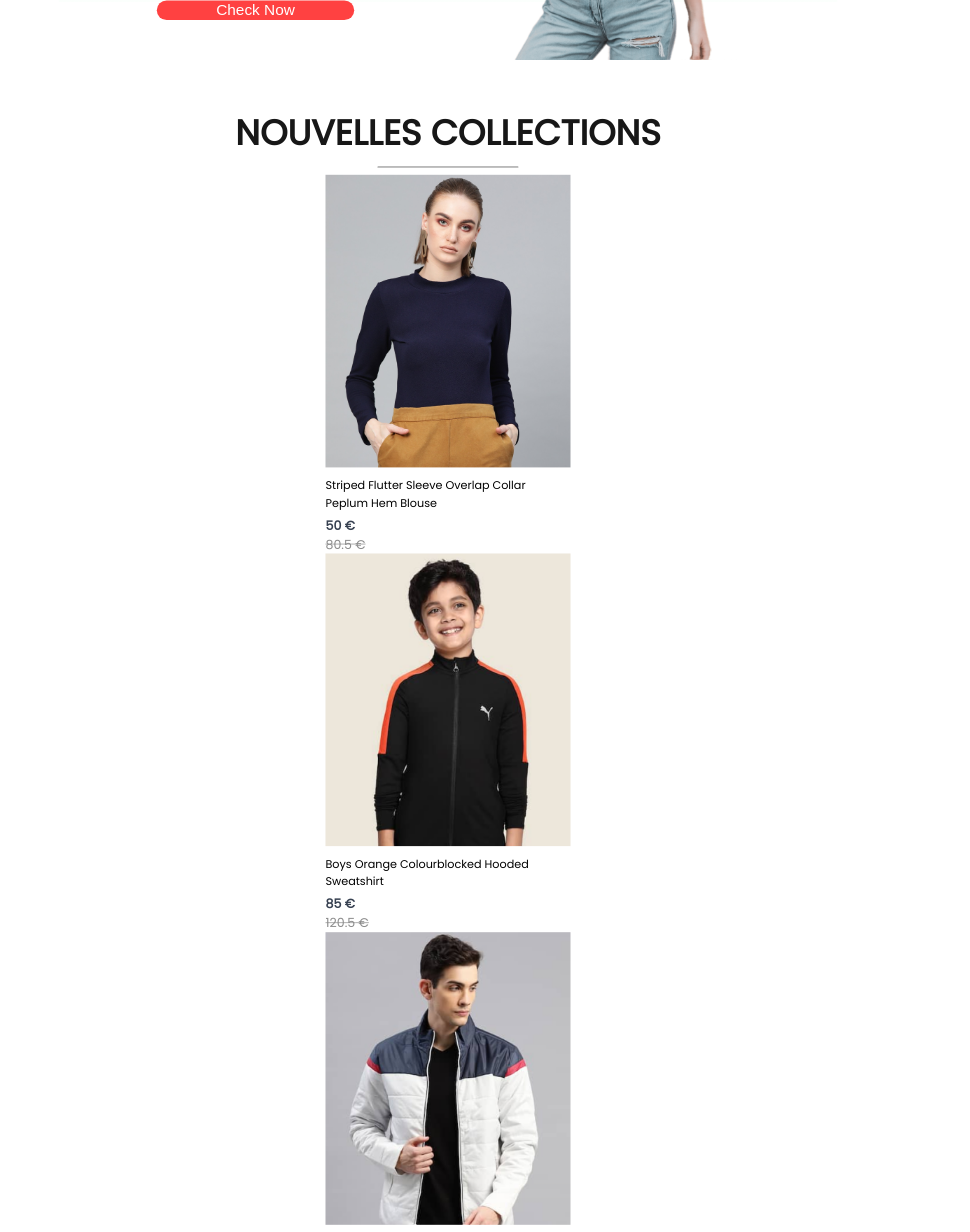
Repository: Flora-J/frontend
Page: /
These files come from the project's save history. The page is drawn as it stood at one moment and after a run of saves; the edit follows.
The browser window is 1280 px wide. The page is 1385 px wide, so the pictures cover 1385 px, including what lies to the right of the window. The pictures show the part of the page from y = 1894 to 3654 px (the page is 6472 px tall before and 3226 px after), at 70% of full size.
The project was rebuilt for these pictures with package versions that can differ from the ones it lists, and the page was loaded fresh each time. Also part of the build but not shown: src/App.css, src/pages/ShopCategory.jsx, src/pages/Product.jsx, src/pages/Cart.jsx, src/pages/LoginSignup.jsx.

Above is the page before, as saved 2023-11-24 11:40:45.

After the next 2 saves:
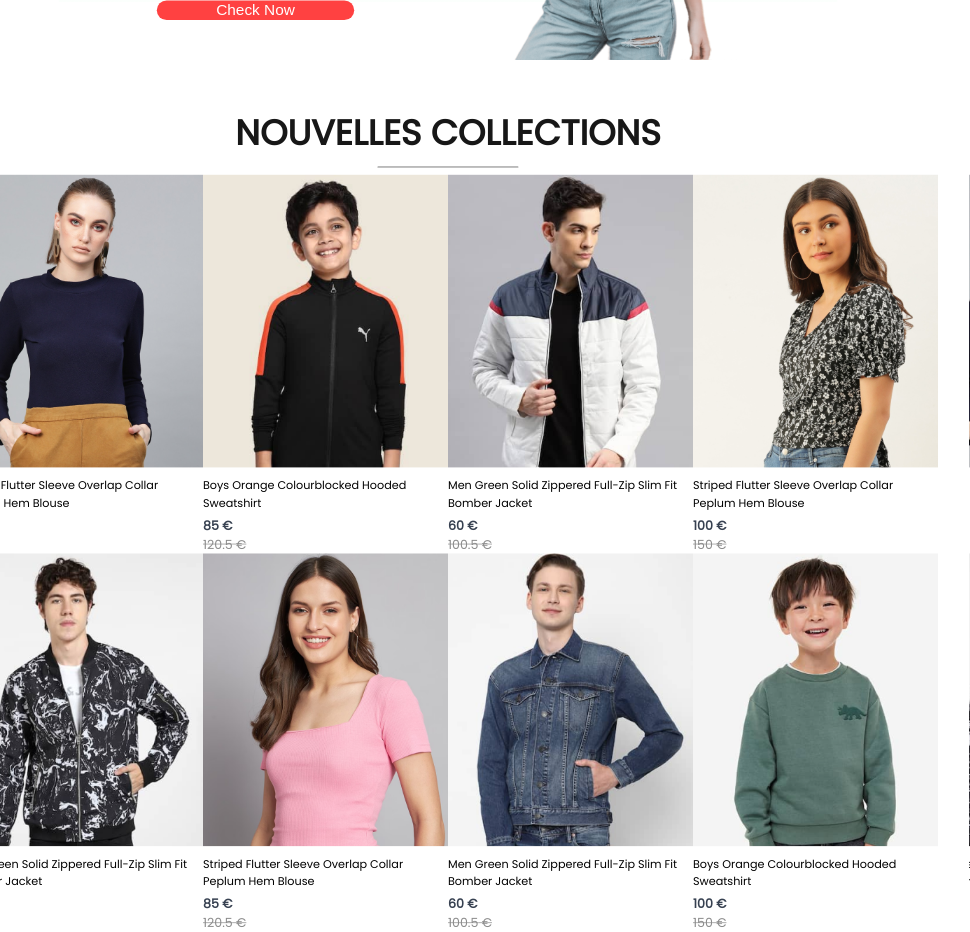
The 2 saves are shown as one change because they came seconds apart.
The last was saved 9 s later.
--- a/src/components/NewCollections/NewCollections.css
+++ b/src/components/NewCollections/NewCollections.css
@@ -21,5 +21,6 @@
 
 .collections {
   display: grid;
-  grid-template-columns: 1fr ;
+  grid-template-columns: 1fr 1fr 1fr 1fr;
+  m
 }
